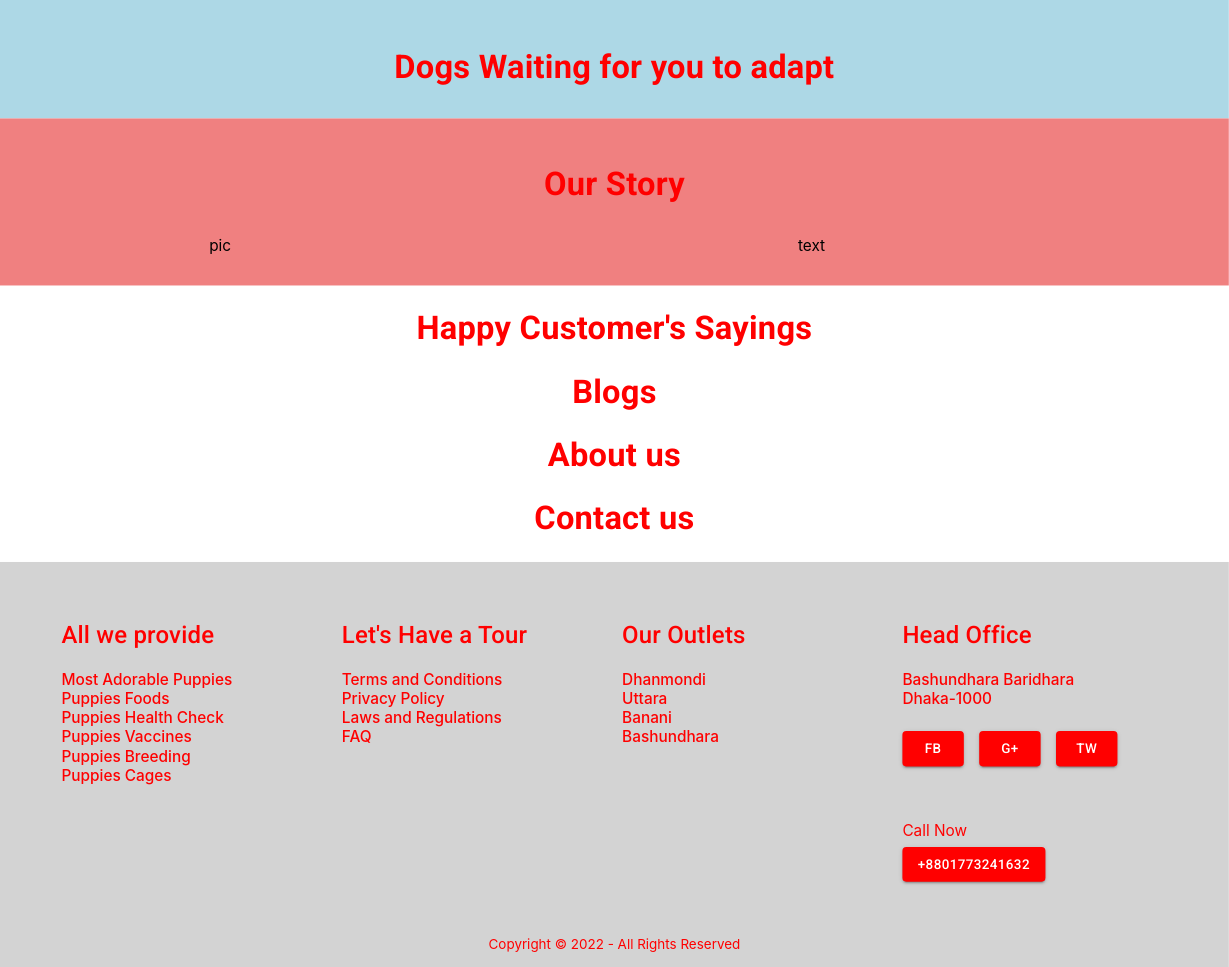
Repository: Sharif-00112/dogos-paradise-client
Page: /
These files come from the project's save history. The page is drawn as it stood at one moment and after the next save; the edit follows.
The browser window is 1280 px wide. The pictures show the part of the page from y = 1041 to 2048 px (the page is 2048 px tall), at 96% of full size.
The page's requests for data from a server got no answer. The project was rebuilt for these pictures with package versions that can differ from the ones it lists, and the page was loaded fresh each time. Some packages were replaced by stand-ins written for this rebuild. No one was signed in, and anything a server would have sent is missing. Also part of the build but not shown: src/Pages/Home/Dog/Dog.js, src/Pages/Login/Login/Login.js, src/Pages/Login/Register/Register.js, src/Pages/NotFound/NotFound.js.

Above is the page before, as saved 2022-12-05 22:19:45.

### public/index.html
<!DOCTYPE html>
<html lang="en">
  <head>
    <meta charset="utf-8" />
    <link rel="icon" href="%PUBLIC_URL%/favicon.ico" />
    <meta name="viewport" content="width=device-width, initial-scale=1" />
    <meta name="theme-color" content="#000000" />
    <meta
      name="description"
      content="Web site created using create-react-app"
    />
    <link
      rel="stylesheet" href="https://fonts.googleapis.com/css?family=Roboto:300,400,500,700&display=swap"
    />

    <link rel="apple-touch-icon" href="%PUBLIC_URL%/logo192.png" />
    <!--
      manifest.json provides metadata used when your web app is installed on a
      user's mobile device or desktop. See https://developers.google.com/web/fundamentals/web-app-manifest/
    -->
    <link rel="manifest" href="%PUBLIC_URL%/manifest.json" />
    <!--
      Notice the use of %PUBLIC_URL% in the tags above.
      It will be replaced with the URL of the `public` folder during the build.
      Only files inside the `public` folder can be referenced from the HTML.

      Unlike "/favicon.ico" or "favicon.ico", "%PUBLIC_URL%/favicon.ico" will
      work correctly both with client-side routing and a non-root public URL.
      Learn how to configure a non-root public URL by running `npm run build`.
    -->
    <title>React App</title>
  </head>
  <body>
    <noscript>You need to enable JavaScript to run this app.</noscript>
    <div id="root"></div>
    <!--
      This HTML file is a template.
      If you open it directly in the browser, you will see an empty page.

      You can add webfonts, meta tags, or analytics to this file.
      The build step will place the bundled scripts into the <body> tag.

      To begin the development, run `npm start` or `yarn start`.
      To create a production bundle, use `npm run build` or `yarn build`.
    -->
  </body>
</html>

### src/App.js
import React  from 'react';
import './App.css';
import { BrowserRouter as Router, Route, Routes} from 'react-router-dom';
import Home from './Pages/Home/Home/Home';
import Login from './Pages/Login/Login/Login';
import Register from './Pages/Login/Register/Register';
import AuthProvider from './contexts/AuthProvider/AuthProvider';
// import PrivateRoute from './Pages/Login/PrivateRoute/PrivateRoute';
import NotFound from './Pages/NotFound/NotFound';
import Contact from './Pages/Home/Contact/Contact';
import Story from './Pages/Home/Story/Story';
import CustomerReviews from './Pages/Home/CustomerReviews/CustomerReviews';
import Blogs from './Pages/Home/Blogs/Blogs';
import About from './Pages/Home/About/About';
import Dogs from './Pages/Home/Dogs/Dogs';
// import Footer from './Pages/Shared/Footer/Footer';
// import Dashboard from './Pages/Dashboard/Dashboard/Dashboard';

function App() {
  return (
    <div className="App">
      <AuthProvider>
        <Router>
          <Routes>
            <Route exact path = '/' element={<Home/>}/>
            <Route exact path = '/home' element={<Home/>}/>
            <Route exact path = '/login' element={<Login/>}/>
            <Route exact path = '/register' element={<Register/>}/>
            <Route exact path = '/contact' element={<Contact/>}/>
            <Route exact path = '/dogs' element={<Dogs/>}/>
            <Route exact path = '/story' element={<Story/>}/>
            <Route exact path = '/reviews' element={<CustomerReviews/>}/>
            <Route exact path = '/blogs' element={<Blogs/>}/>
            <Route exact path = '/about' element={<About/>}/>
            {/* <Route exact path = '/appointment' element = {
              <PrivateRoute>
                <Appointment></Appointment>
              </PrivateRoute>
            }> </Route> */}
            {/* <Route path = 'dashboard/*' element = {
              <PrivateRoute>
                <Dashboard></Dashboard>
              </PrivateRoute>
            }> </Route> */}
            <Route path = '*' element={<NotFound/>}/>
          </Routes>
          {/* <Footer></Footer> */}
        </Router>
      </AuthProvider>
    </div>
  );
}

export default App;

### src/Pages/Home/Home/Home.js
import React from 'react';
import Footer from '../../Shared/Footer/Footer';
import Navigation from '../../Shared/Navigation/Navigation';
import About from '../About/About';
import Banner from '../Banner/Banner';
import Blogs from '../Blogs/Blogs';
import Contact from '../Contact/Contact';
import CustomerReviews from '../CustomerReviews/CustomerReviews';
import Dogs from '../Dogs/Dogs';
import Story from '../Story/Story';

const Home = () => {
    return (
        <div>
            <Navigation></Navigation>
            <Banner></Banner>
            <Dogs></Dogs>
            <Story></Story>
            <CustomerReviews></CustomerReviews>
            <Blogs></Blogs>
            <About></About>
            <Contact></Contact>
            <Footer></Footer>
        </div>
    );
};

export default Home;

### src/contexts/AuthProvider/AuthProvider.js
import React from 'react';
import { createContext } from 'react';
import useFirebase from '../../hooks/useFirebase';

//step-1-context
export const AuthContext = createContext();

const AuthProvider = (props) => {
    //step-3-context
    const {children} = props;

    //step-5-context
    const allContexts = useFirebase();

    return (
        //step-2-context
        <AuthContext.Provider value={allContexts}>
            {children}
        </AuthContext.Provider>
    );
};

export default AuthProvider;

### src/Pages/Home/Contact/Contact.js
import React from 'react';
import { Typography } from '@mui/material';

const Contact = () => {
    return (
        <div>
            <Typography sx={{ m: 3, color: 'red', fontWeight: 600 }} variant="h4" component="div">
                Contact us
            </Typography>
        </div>
    );
};

export default Contact;

### src/Pages/Home/Story/Story.js
import React from 'react';
import { Typography } from '@mui/material';
import Box from '@mui/material/Box';
import Grid from '@mui/material/Unstable_Grid2';


const Story = () => {
    return (
        <Box sx={{backgroundColor:"lightcoral", p:4}}>
            <Typography sx={{ mt: 2, mb:4, color: 'red', fontWeight: 600 }} variant="h4" component="div">
                Our Story
            </Typography>
            <Box sx={{ flexGrow: 1 }}>
                <Grid container spacing={2}>
                    <Grid xs={6} md={4}>
                     pic
                    </Grid>
                    <Grid xs={6} md={8}>
                        text
                    </Grid>
                </Grid>
            </Box>
        </Box>
    );
};

export default Story;

### src/Pages/Home/CustomerReviews/CustomerReviews.js
import React from 'react';
import { Typography } from '@mui/material';


const CustomerReviews = () => {
    return (
        <div>
            <Typography sx={{ m: 3, color: 'red', fontWeight: 600 }} variant="h4" component="div">
                Happy Customer's Sayings
            </Typography>
        </div>
    );
};

export default CustomerReviews;

### src/Pages/Home/Blogs/Blogs.js
import React from 'react';
import { Typography } from '@mui/material';


const Blogs = () => {
    return (
        <div>
            <Typography sx={{ m: 3, color: 'red', fontWeight: 600 }} variant="h4" component="div">
                Blogs
            </Typography>
        </div>
    );
};

export default Blogs;

### src/Pages/Home/About/About.js
import React from 'react';
import { Typography } from '@mui/material';

const About = () => {
    return (
        <div>
            <Typography sx={{ m: 3, color: 'red', fontWeight: 600 }} variant="h4" component="div">
                About us
            </Typography>
        </div>
    );
};

export default About;

### src/Pages/Home/Dogs/Dogs.js
import React, { useEffect, useState } from 'react';
import Box from '@mui/material/Box';
import Grid from '@mui/material/Unstable_Grid2';
import Typography from '@mui/material/Typography';
import { Container } from '@mui/material';
import Dog from '../Dog/Dog';

// const dogs = [
//     {
//         title: "Siberian Husky",
//         age: '13',
//         breed: 'Mixed',
//         image: 'https://i.ibb.co/VV1yxdy/dog-1.jpg',
//         price: 700,
//         description: 'Lorem ipsum dolor sit amet, consectetur adipisicing elit. Quo, magni ab. Sed aut nesciunt neque laudantium culpa sit? Possimus, id.'
//     },
//     {
//         title: "German Shepherd",
//         age: '8',
//         breed: 'Mixed',
//         image: 'https://i.ibb.co/tZcvfCd/dog-2.jpg',
//         price: 700,
//         description: 'Lorem ipsum dolor sit amet, consectetur adipisicing elit. Quo, magni ab. Sed aut nesciunt neque laudantium culpa sit? Possimus, id.'
//     },
//     {
//         title: "Golden Retriever",
//         age: '5',
//         breed: 'Mixed',
//         image: 'https://i.ibb.co/YPHDzsb/dog-3.jpg',
//         price: 700,
//         description: 'Lorem ipsum dolor sit amet, consectetur adipisicing elit. Quo, magni ab. Sed aut nesciunt neque laudantium culpa sit? Possimus, id.'
//     },
//     {
//         title: "Bulldog",
//         age: '6',
//         breed: 'Mixed',
//         image: 'https://i.ibb.co/bjty4nS/dog-4.jpg',
//         price: 700,
//         description: 'Lorem ipsum dolor sit amet, consectetur adipisicing elit. Quo, magni ab. Sed aut nesciunt neque laudantium culpa sit? Possimus, id.'
//     },
//     {
//         title: "Irish Setter",
//         age: '9',
//         breed: 'Mixed',
//         image: 'https://i.ibb.co/QPSnF0t/dog-5.jpg',
//         price: 700,
//         description: 'Lorem ipsum dolor sit amet, consectetur adipisicing elit. Quo, magni ab. Sed aut nesciunt neque laudantium culpa sit? Possimus, id.'
//     },
//     {
//         title: "Brussels Griffon",
//         age: '4',
//         breed: 'Mixed',
//         image: 'https://i.ibb.co/z5kJHB2/dog-6.jpg',
//         price: 700,
//         description: 'Lorem ipsum dolor sit amet, consectetur adipisicing elit. Quo, magni ab. Sed aut nesciunt neque laudantium culpa sit? Possimus, id.'
//     },
//     {
//         title: "Newfoundland",
//         age: '15',
//         breed: 'Mixed',
//         image: 'https://i.ibb.co/mD4CtfC/dog-7.jpg',
//         price: 700,
//         description: 'Lorem ipsum dolor sit amet, consectetur adipisicing elit. Quo, magni ab. Sed aut nesciunt neque laudantium culpa sit? Possimus, id.'
//     },
//     {
//         title: "French Bulldog",
//         age: '7',
//         breed: 'Mixed',
//         image: 'https://i.ibb.co/PCQT44S/dog-8.jpg',
//         price: 700,
//         description: 'Lorem ipsum dolor sit amet, consectetur adipisicing elit. Quo, magni ab. Sed aut nesciunt neque laudantium culpa sit? Possimus, id.'
//     },
//     {
//         title: "Beagle",
//         age: '12',
//         breed: 'Mixed',
//         image: 'https://i.ibb.co/XLvC5BW/dog-9.jpg',
//         price: 700,
//         description: 'Lorem ipsum dolor sit amet, consectetur adipisicing elit. Quo, magni ab. Sed aut nesciunt neque laudantium culpa sit? Possimus, id.'
//     },
//     {
//         title: "Poodle",
//         age: '15',
//         breed: 'Mixed',
//         image: 'https://i.ibb.co/rxMv41c/dog-10.jpg',
//         price: 700,
//         description: 'Lorem ipsum dolor sit amet, consectetur adipisicing elit. Quo, magni ab. Sed aut nesciunt neque laudantium culpa sit? Possimus, id.'
//     }
// ]

const Dogs = () => {
    const [dogs, setDogs] = useState([]);

    useEffect(() => {
        fetch('http://localhost:3005/dogs')
        .then(res => res.json())
        .then(data => setDogs(data))
    }, []);

    return (
        <div>
            <Box sx={{ flexGrow: 1, backgroundColor:"lightblue", py:4 }}>
                <Container>
                    <Typography sx={{ p:3, color: 'red', fontWeight: 600 }} variant="h4" component="div">
                        Dogs Waiting for you to adapt
                    </Typography>

                    <Grid container spacing={{ xs: 2, md: 3 }} columns={{ xs: 4, sm: 8, md: 12 }}>
                        {
                            dogs.map(dog => (
                                <Grid xs={2} sm={4} md={4} key={dog._id}>
                                    <Dog
                                        key= {dog._id}
                                        dog = {dog}
                                    ></Dog>
                                </Grid>
                            ))
                        }
                    </Grid>
                </Container>
            </Box>
        </div>
    );
};

export default Dogs;

### src/Pages/Home/Banner/Banner.js
import React from 'react';
import { Typography } from '@mui/material';

const Banner = () => {
    return (
        <div>
            {/* <Typography sx={{ m: 3, color: 'red', fontWeight: 600 }} variant="h4" component="div">
                Head Banner
            </Typography> */}
            <img style={{ width: '100%'}} src="https://i.ibb.co/Mnn0NX3/dog-cover-1.jpg" alt="dog-human playing" />
            <Typography sx={{ mt: -25, mb:8, color: 'red', fontWeight: 700 }} variant="h4" component="div">
                Dogs are not only pets;
                <br /> <br />
                They are "L O V E"
            </Typography>
        </div>
    );
};

export default Banner;

### src/hooks/useAuth.js
//step-6-context

import { useContext } from "react"
import { AuthContext } from "../../src/contexts/AuthProvider/AuthProvider"

const useAuth = () =>{
    return useContext(AuthContext);
}

export default useAuth;

### src/Pages/Login/Firebase/firebase.initialize.js
import { initializeApp } from "firebase/app";
import firebaseConfig from "./firebase.config";

const initializeAuthentication = () =>{
    initializeApp(firebaseConfig);
}

export default initializeAuthentication;

### src/Pages/Login/Firebase/firebase.config.js
// console.log(process.env);

const firebaseConfig = {
  apiKey: process.env.REACT_APP_FIREBASE_API_KEY,
  authDomain: process.env.REACT_APP_FIREBASE_AUTH_DOMAIN,
  projectId: process.env.REACT_APP_FIREBASE_PROJECT_ID,
  storageBucket: process.env.REACT_APP_FIREBASE_STORAGE_BUCKET,
  messagingSenderId: process.env.REACT_APP_FIREBASE_MESSAGING_SENDER_ID,
  appId: process.env.REACT_APP_FIREBASE_APP_ID,
  measurementId: process.env.REACT_APP_FIREBASE_MEASUREMENT_ID
};

export default firebaseConfig;

// .env.local
// REACT_APP_FIREBASE_API_KEY=AIzaSyCGaQ8G2l5KeOKX4bAJ7MC19oWW_2vnTNQ
// REACT_APP_FIREBASE_AUTH_DOMAIN=dogos-paradise.firebaseapp.com
// REACT_APP_FIREBASE_PROJECT_ID=dogos-paradise
// REACT_APP_FIREBASE_STORAGE_BUCKET=dogos-paradise.appspot.com
// REACT_APP_FIREBASE_MESSAGING_SENDER_ID=824394057307
// REACT_APP_FIREBASE_APP_ID=1:824394057307:web:727ac0c86627b9544a617e
// REACT_APP_FIREBASE_MEASUREMENT_ID=G-DL8JJ6MYSD

// const firebaseConfig = {
  // apiKey: "AIzaSyCGaQ8G2l5KeOKX4bAJ7MC19oWW_2vnTNQ",
  // authDomain: "dogos-paradise.firebaseapp.com",
  // projectId: "dogos-paradise",
  // storageBucket: "dogos-paradise.appspot.com",
  // messagingSenderId: "824394057307",
  // appId: "1:824394057307:web:727ac0c86627b9544a617e",
  // measurementId: "G-DL8JJ6MYSD"
// };

Loaded but not shown: src/index.js (common file); src/index.css (common file); src/reportWebVitals.js (common file); src/App.css (common file); src/Pages/Shared/Navigation/Navigation.js (229 lines, source omitted); src/hooks/useFirebase.js (273 lines, source omitted); src/Pages/Shared/Footer/Footer.js (156 lines, source omitted)

After the next save:
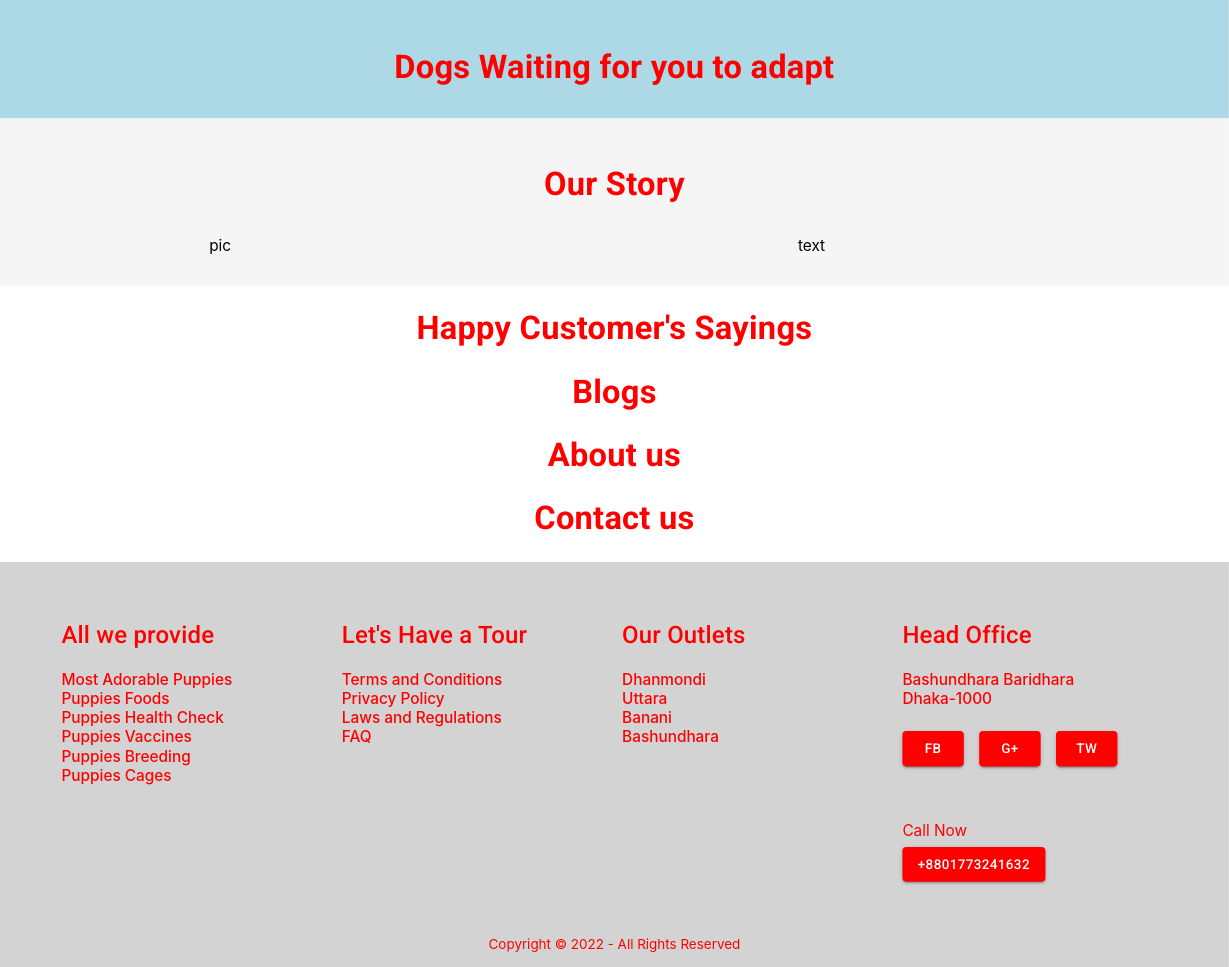
Saved 29 s later.
--- a/src/Pages/Home/Story/Story.js
+++ b/src/Pages/Home/Story/Story.js
@@ -6,7 +6,7 @@ import Grid from '@mui/material/Unstable_Grid2';
 
 const Story = () => {
     return (
-        <Box sx={{backgroundColor:"lightcoral", p:4}}>
+        <Box sx={{backgroundColor:"whitesmoke", p:4}}>
             <Typography sx={{ mt: 2, mb:4, color: 'red', fontWeight: 600 }} variant="h4" component="div">
                 Our Story
             </Typography>
